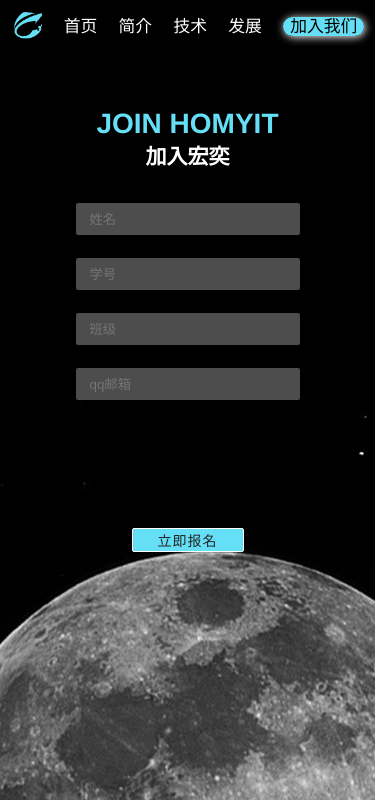
Repository: Homyit20/website
Page: /#/login
The author's editor kept a copy of each file at every save. The page is drawn from the files as they stood at one save, then again after the next save.
The browser window is 375 px wide. The pictures show the whole page.
The project was rebuilt for these pictures with package versions that can differ from the ones it lists, and the page was loaded fresh each time. Also part of the build but not shown: vue.config.js.

Above is the page before, as saved 2021-08-11 10:32:37.

After the next save:
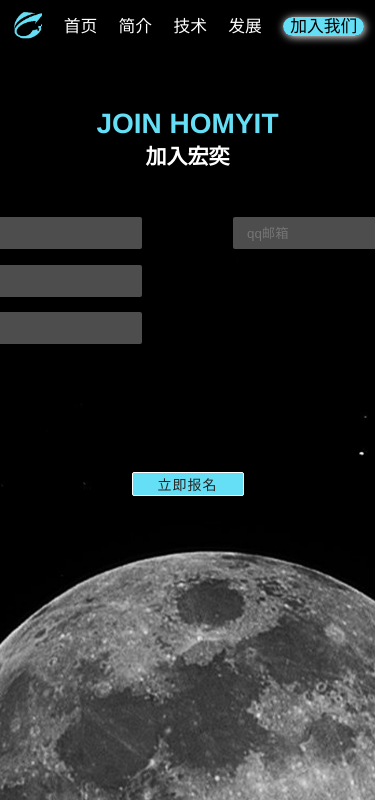
Saved 2 min 35 s later.
--- a/src/components/content/loginform.vue
+++ b/src/components/content/loginform.vue
@@ -234,7 +234,7 @@ export default {
   .login-content {
     margin-top: 2rem;
   }
-  .login-form .login-main-form {
+  /* .login-form .login-main-form {
     display: flex;
     flex-direction: column;
     flex-wrap: wrap;
@@ -242,7 +242,7 @@ export default {
     width: 16rem;
     height: 15rem;
     margin-top: 2rem;
-  }
+  } */
   .login-form .login-input {
     width: 16rem;
     height: 3rem;
